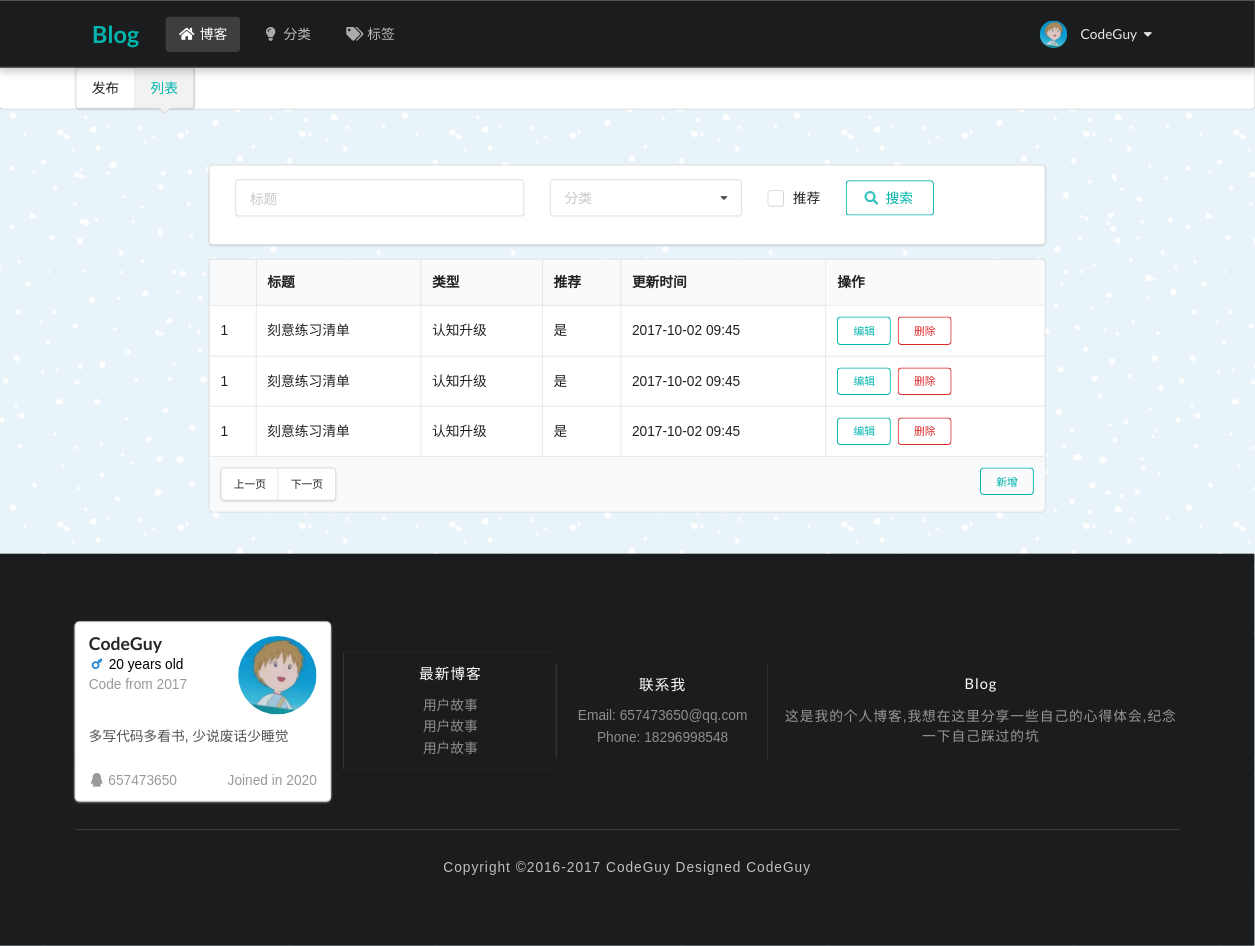
Repository: GOGOHQ/myblog
Page: admin/blogs.html
These files come from the project's save history. The page is drawn as it stood at one moment and after the next save; the edit follows.
The browser window is 1280 px wide. The page is 1281 px wide, so the pictures cover 1281 px, including what lies to the right of the window. The pictures show the whole page, at 98% of full size.
Some web libraries are served in a nearby version.

Above is the page before, as saved 2020-01-19 20:23:48.

After the next save:
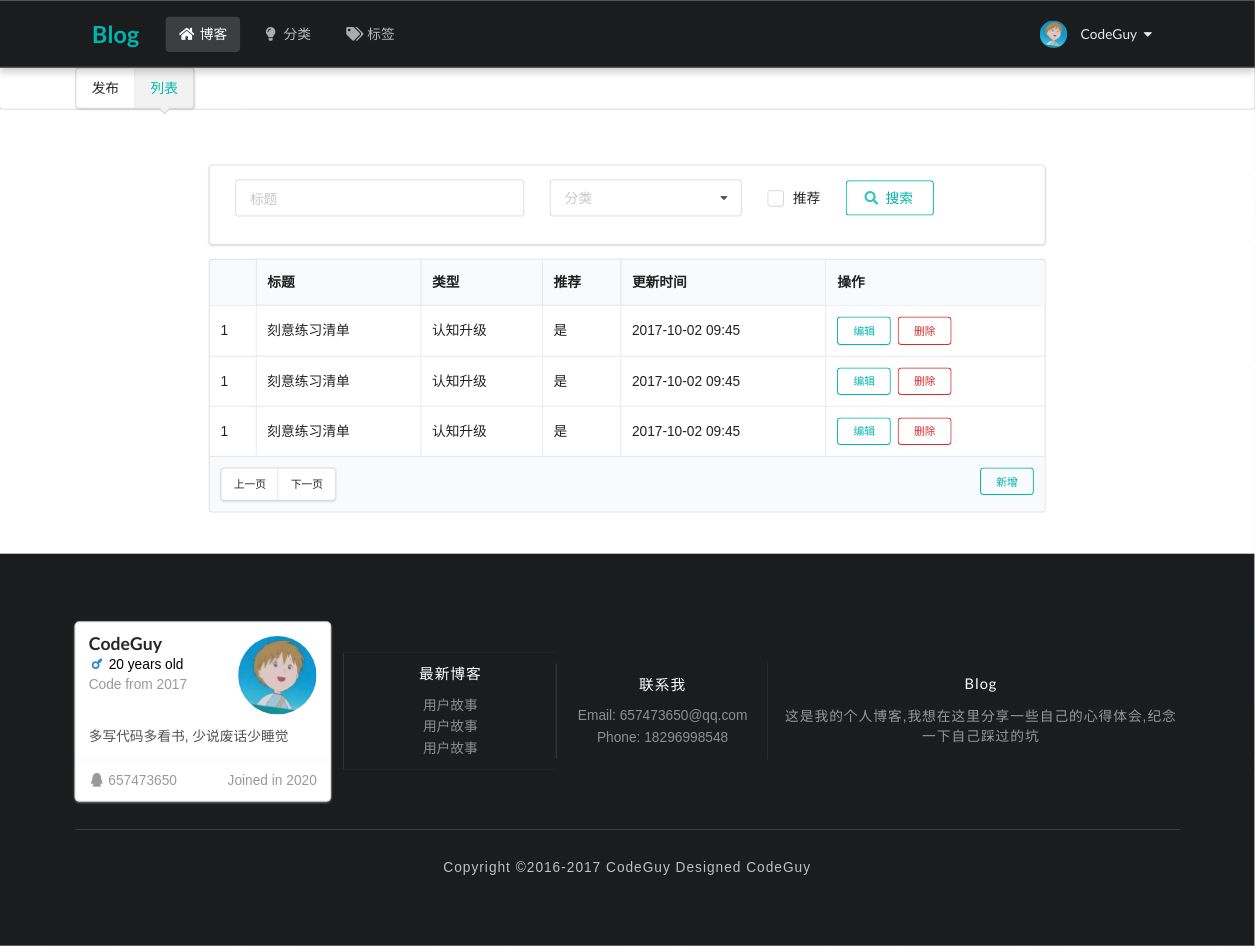
Saved 17 s later.
--- a/admin/blogs.html
+++ b/admin/blogs.html
@@ -1,5 +1,5 @@
 <!DOCTYPE html>
-<html lang="en" class="animated fadeIn">
+<html lang="en" class="animated fadeIn" style="background-image: url(../static/images/blue-snow.png);">
 <!-- shift alt + b -->
 
 <head>
@@ -11,7 +11,7 @@
     <link rel="stylesheet" href="../static/css/animated.css">
 </head>
 
-<body style="background-image: url(../static/images/blue-snow.png);">
+<body>
 <!-- 导航 -->
 <nav class="ui inverted attached segment m-padded-tb-mini m-shadow-small">
     <div class="ui container">
